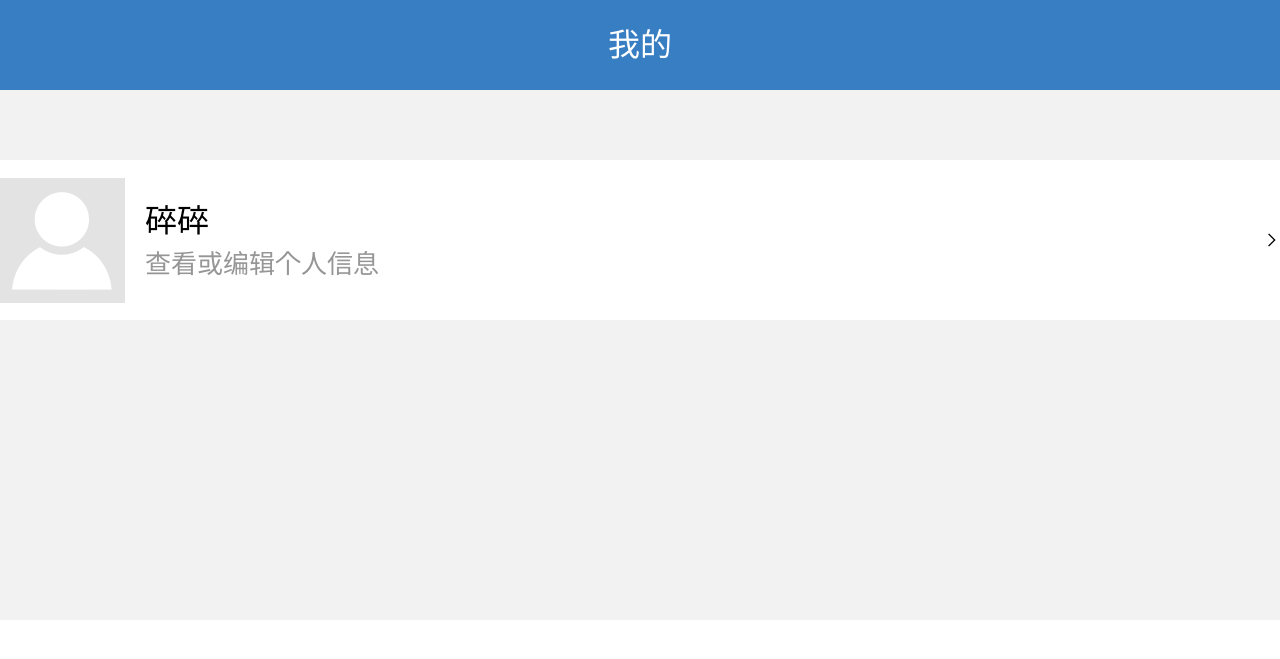
Repository: A1LExX/H5_study_set
Page: myProfile/index.html
An editor plug-in stored every save of this project. The page is shown before and after the next save, followed by the edit.
The browser window is 1280 px wide. The pictures show the whole page.
An inner scrolling area shows only its first screen.

Above is the page before, as saved 2021-07-12 20:20:44.

After the next save:
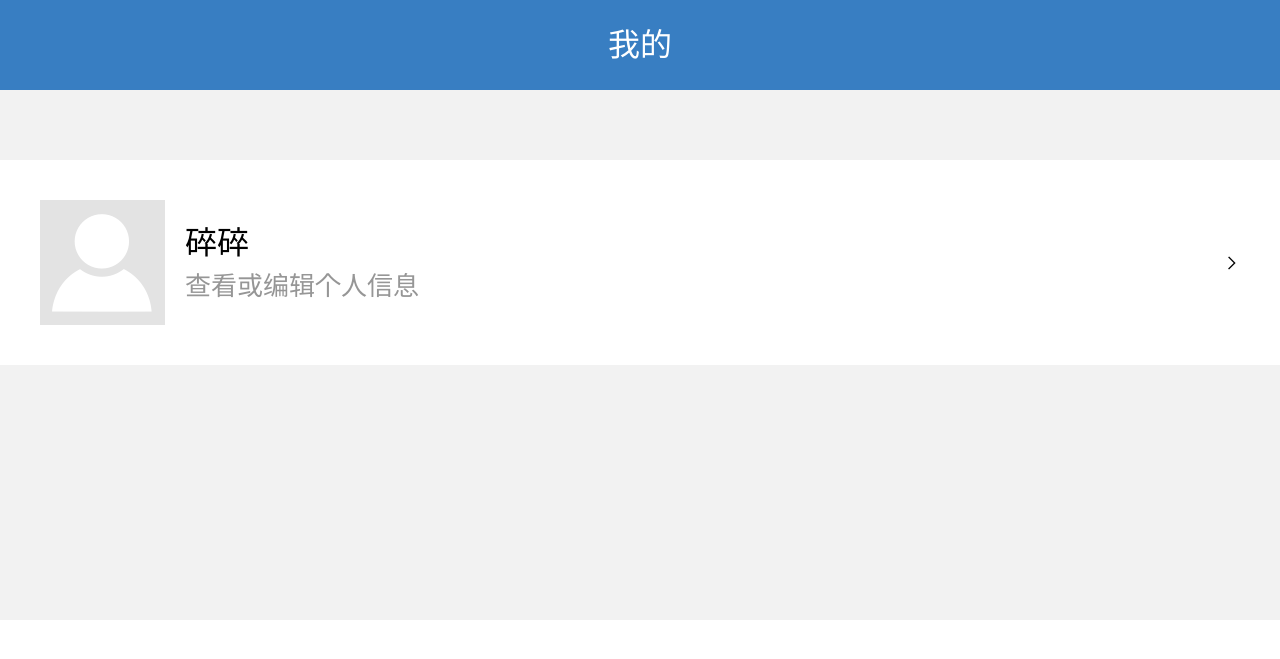
Saved 73 s later.
--- a/myProfile/css/index.css
+++ b/myProfile/css/index.css
@@ -2,7 +2,7 @@
  * @author [Alex Wei]
  * @email [w2262196@outlook.com]
  * @create date 2021-07-12 19:23:21
- * @modify date 2021-07-12 20:20:44
+ * @modify date 2021-07-12 20:21:57
  * @desc [description]
  */
 html, body{
@@ -74,7 +74,11 @@ body{
 }
 
 #mid>div{
-    margin-top: 0.7rem;
+    margin-top: .7rem;
+}
+
+#mid>div{
+    padding: .4rem;
 }
 
 #footer{
